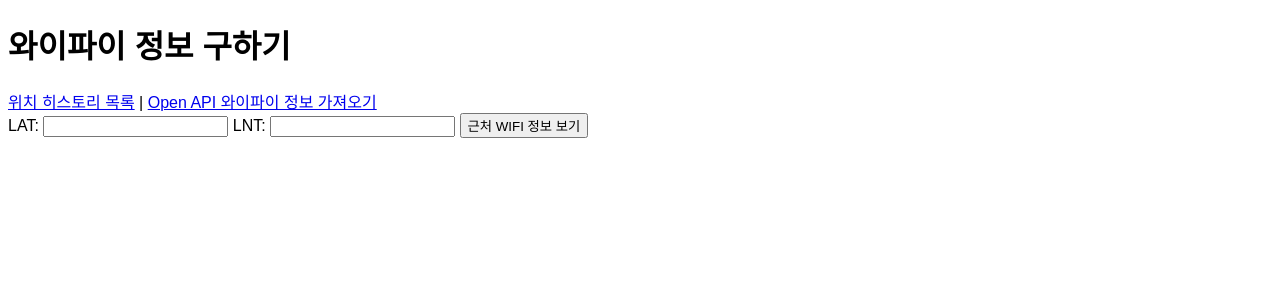
Repository: sangpyolee0/zerobase_task
Page: http://localhost/WifiProject/
These files come from the project's save history. The page is drawn as it stood at one moment and after the next save; the edit follows.
The browser window is 1280 px wide. The pictures show the whole page.
The page is served by Tomcat 9. Other server files are loaded and not shown.

Above is the page before, as saved 2024-12-08 14:57:17.

### WifiProject/src/main/webapp/index.jsp
<%@ page language="java" contentType="text/html; charset=UTF-8" pageEncoding="UTF-8"%>
<!DOCTYPE html>
<html>
<head>
    <link rel="stylesheet" type="text/css" href="css/style.css">
    <title>와이파이 정보 구하기</title>
</head>
<body>
    <h1>와이파이 정보 구하기</h1>
    <nav>
        <a href="history.jsp">위치 히스토리 목록</a> |
        <a href="add-wifi.jsp">Open API 와이파이 정보 가져오기</a>
    </nav>
    <form action="nearby-wifi.jsp" method="get">
        <label>LAT: <input type="text" name="lat"></label>
        <label>LNT: <input type="text" name="lnt"></label>
        <button type="submit">근처 WIFI 정보 보기</button>
    </form>
</body>
</html>

### WifiProject/src/main/webapp/css/style.css
body {
    font-family: Arial, sans-serif;
}
table, th, td {
    border: 1px solid #009879;
    border-collapse: collapse;
    padding: 10px;
}
th {
    background-color: #009879;
    color: white;
}
td {
    background-color: #f3f3f3;
}

After the next save:
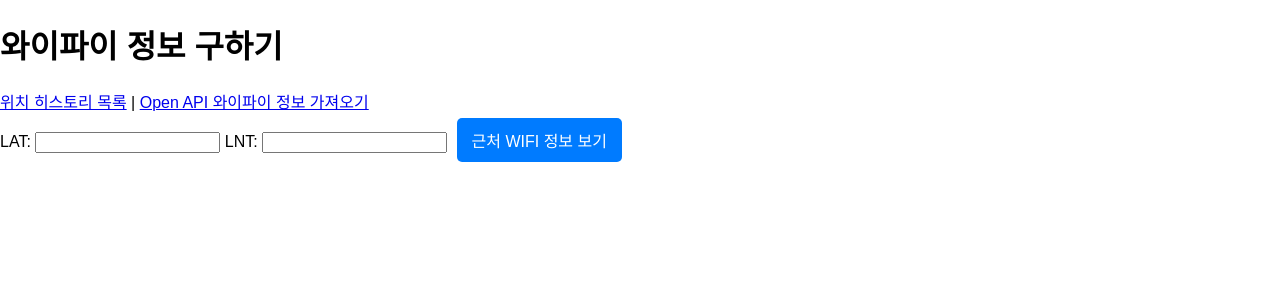
Saved 26 min 30 s later.
--- a/WifiProject/src/main/webapp/css/style.css
+++ b/WifiProject/src/main/webapp/css/style.css
@@ -1,15 +1,48 @@
 body {
     font-family: Arial, sans-serif;
+    margin: 0;
+    padding: 0;
 }
-table, th, td {
-    border: 1px solid #009879;
+
+header {
+    background-color: #333;
+    color: white;
+    padding: 10px;
+    text-align: center;
+}
+
+main {
+    margin: 20px;
+}
+
+button {
+    background-color: #007BFF;
+    border: none;
+    color: white;
+    padding: 10px 15px;
+    text-align: center;
+    font-size: 16px;
+    margin: 5px;
+    cursor: pointer;
+    border-radius: 5px;
+}
+
+button:hover {
+    background-color: #0056b3;
+}
+
+table {
+    width: 100%;
     border-collapse: collapse;
-    padding: 10px;
+    margin-top: 20px;
 }
-th {
-    background-color: #009879;
-    color: white;
+
+table th, table td {
+    border: 1px solid #ddd;
+    padding: 8px;
+    text-align: left;
 }
-td {
-    background-color: #f3f3f3;
+
+table th {
+    background-color: #f2f2f2;
 }
